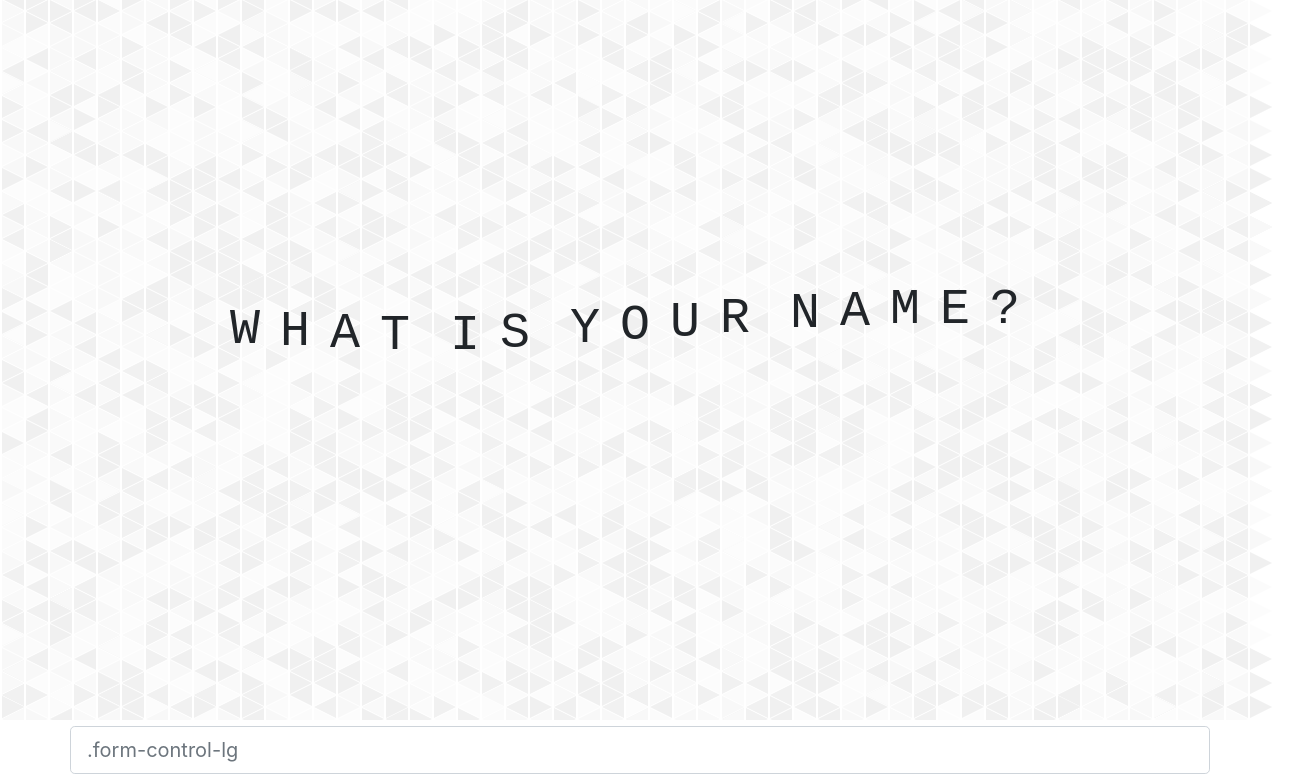
Repository: Aaquib111/Aaquib111.github.io
Page: index.html
An editor plug-in stored every save of this project. The page is shown before and after the next save, followed by the edit.
The browser window is 1280 px wide. The page is 1280 px wide, then 1295 px, so the pictures cover 1295 px, including what lies to the right of the window. The pictures show the whole page.

Above is the page before, as saved 2021-05-12 21:46:06.

After the next save:
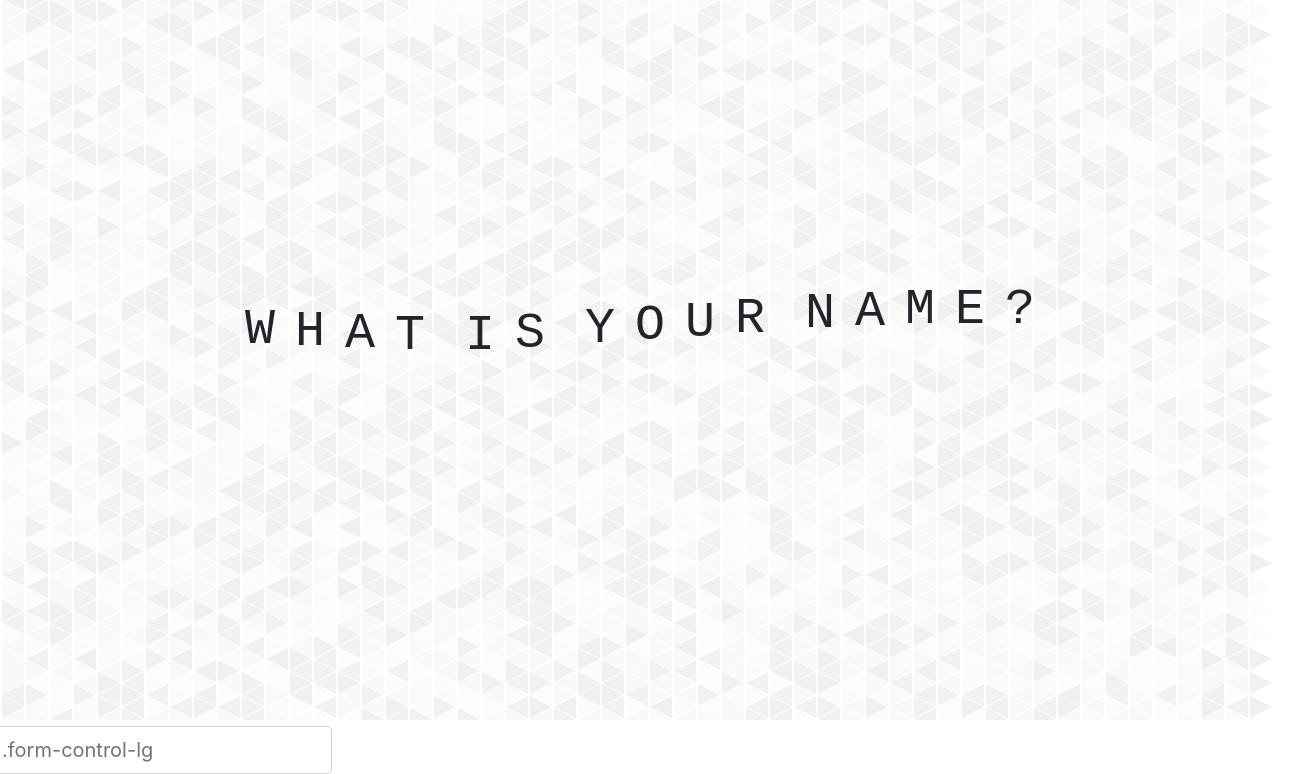
Saved 94 s later.
--- a/index.html
+++ b/index.html
@@ -16,9 +16,9 @@
                 Font size <input type="number" id="fonts" step='1' value='50'><br>
                 Waves <input type="number" id="waves" step='0.1' value='4' min='0' max='8'><br>
             </div>
-        <div class="container">
-            <div id="wrap" class="row"></div>
-            <div id="name" class="row">
+        <div class="row">
+            <div id="wrap"></div>
+            <div id="name">
                 <input class="form-control form-control-lg" type="text" placeholder=".form-control-lg">
             </div>
         </div>
